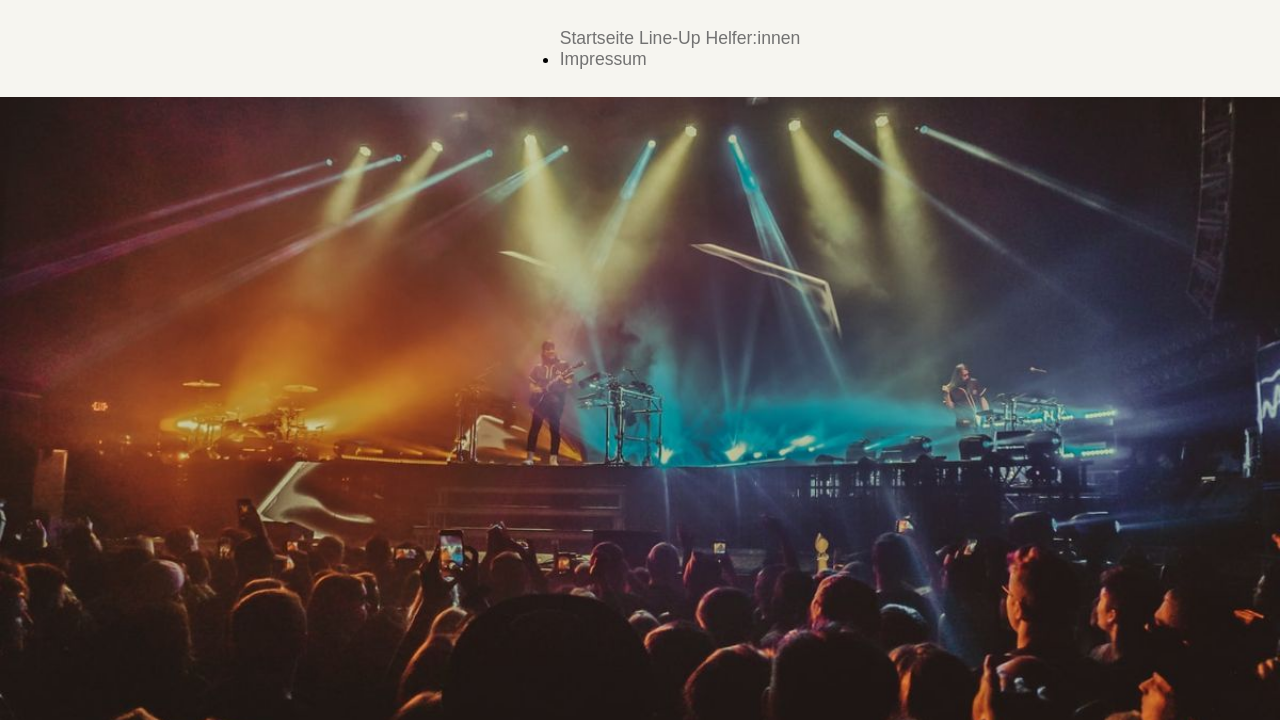
Repository: Hajimohammadi-KI/Web-Technologien
Page: index.html
The author's editor kept a copy of each file at every save. The page is drawn from the files as they stood at one save, then again after a run of saves.
The browser window is 1280 px wide. The pictures show the whole page.

Above is the page before, as saved 2025-10-01 13:55:24.

After the next 5 saves:
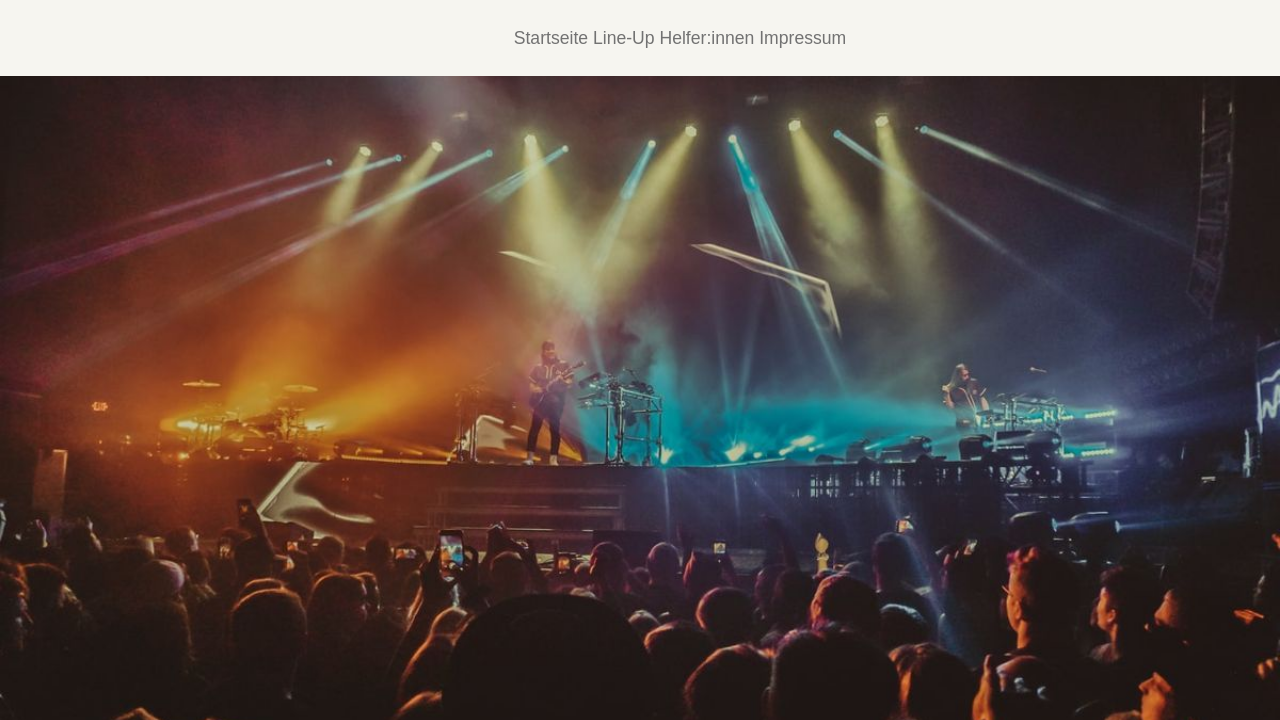
The 5 saves are shown as one change because they came seconds apart.
The last was saved 14 s later.
--- a/index.html
+++ b/index.html
@@ -11,8 +11,8 @@
       <ul>
         <a href="index.html">Startseite</a>
         <a href="lineup.html">Line-Up</a>
-      <a href="helfer.html">Helfer:innen</a></li>
-        <li><a href="impressum.html">Impressum</a></li>
+        <a href="helfer.html">Helfer:innen</a>
+        <a href="impressum.html">Impressum</a>
       </ul>
     </nav>
   </header>
